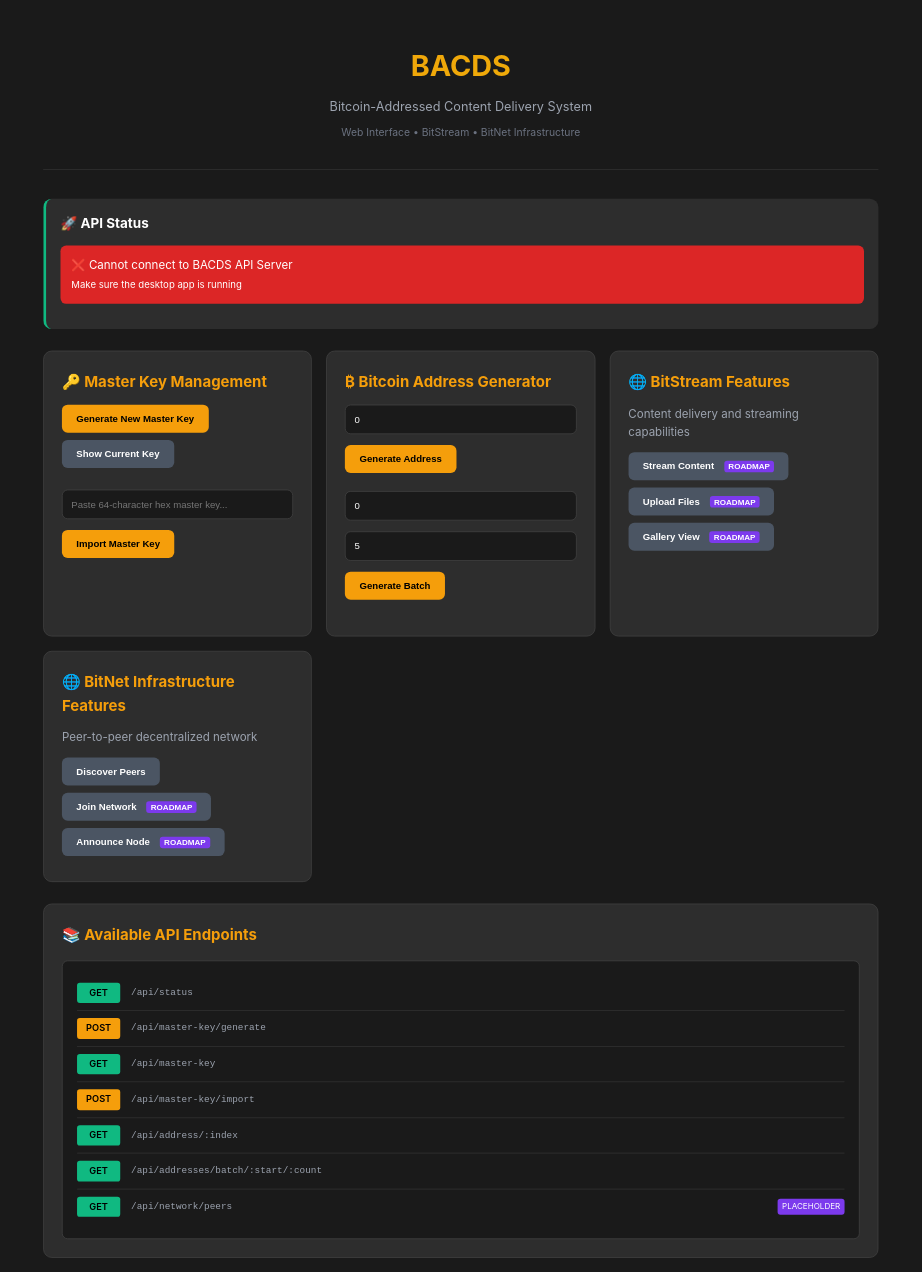
Repository: b0ase/nerd
Page: src/web/index.html
An editor plug-in stored every save of this project. The page is shown before and after the next save, followed by the edit.
The browser window is 1280 px wide. The pictures show the whole page, at 72% of full size.
The page's requests for data from a server got no answer.

Above is the page before, as saved 2025-06-03 16:21:26.

After the next save:
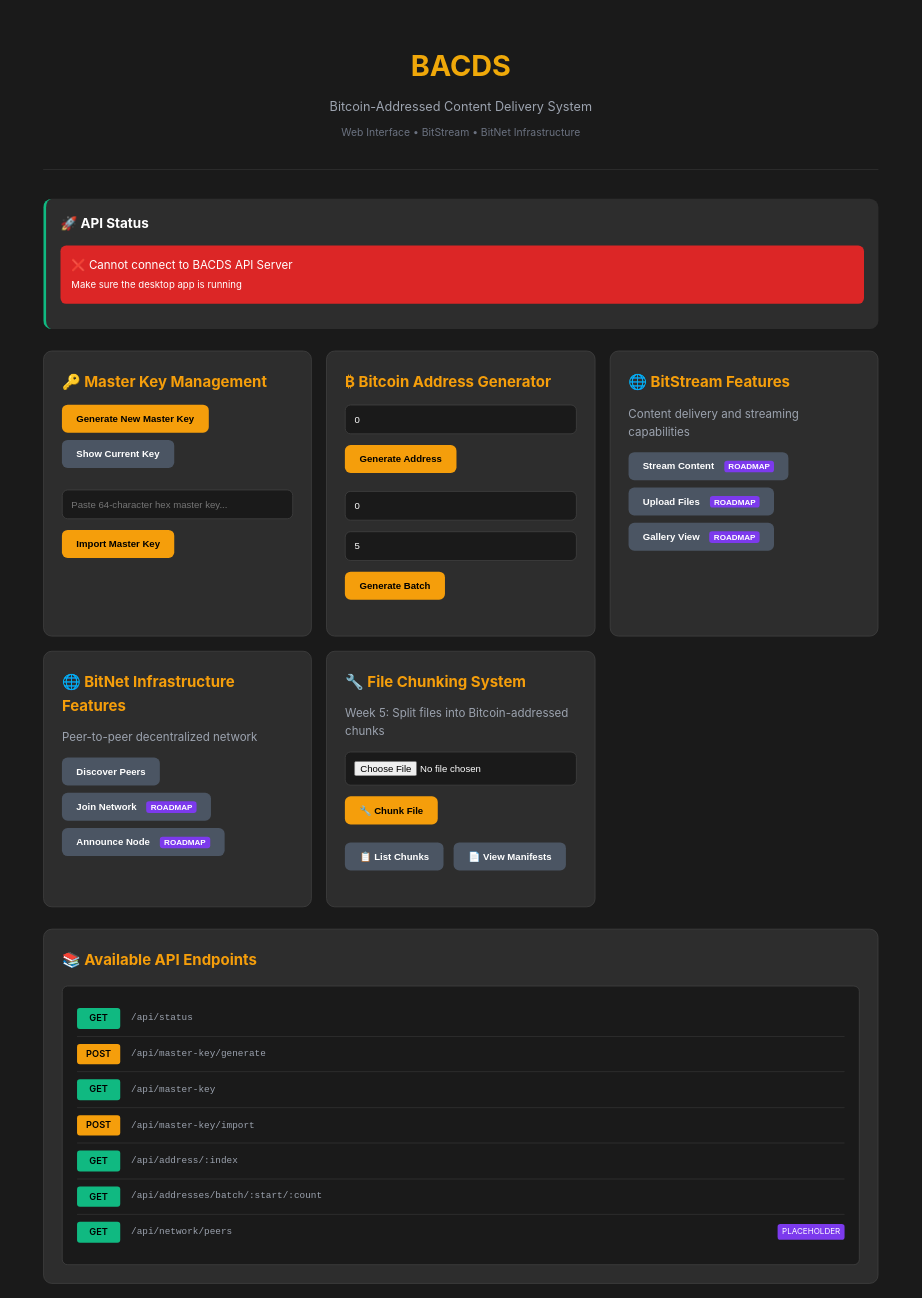
Saved 14 s later.
--- a/src/web/index.html
+++ b/src/web/index.html
@@ -316,6 +316,24 @@
                 <button class="btn btn-secondary" disabled>Join Network <span class="roadmap-badge">ROADMAP</span></button>
                 <button class="btn btn-secondary" disabled>Announce Node <span class="roadmap-badge">ROADMAP</span></button>
             </div>
+
+            <!-- BitNet File Chunking -->
+            <div class="panel">
+                <h3>🔧 File Chunking System</h3>
+                <p style="color: #9ca3af; margin-bottom: 15px;">Week 5: Split files into Bitcoin-addressed chunks</p>
+
+                <div style="margin-bottom: 15px;">
+                    <input type="file" id="chunkFile" accept="*/*">
+                    <button class="btn" onclick="chunkSelectedFile()">🔧 Chunk File</button>
+                </div>
+
+                <div style="margin-bottom: 15px;">
+                    <button class="btn btn-secondary" onclick="listLocalChunks()">📋 List Chunks</button>
+                    <button class="btn btn-secondary" onclick="showManifests()">📄 View Manifests</button>
+                </div>
+
+                <div id="chunkingResults"></div>
+            </div>
         </div>
 
         <!-- API Documentation -->
